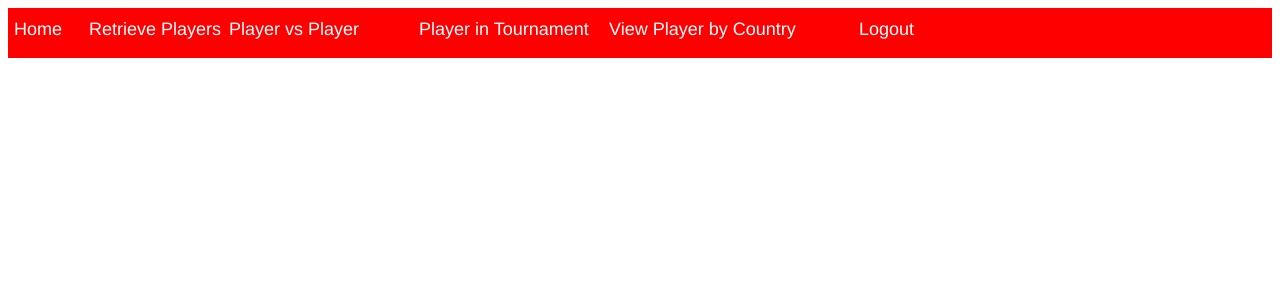
Repository: prm2711/javaapps
Page: http://localhost/Tournament/front-user.jsp
An editor plug-in stored every save of this project. The page is shown before and after the next save, followed by the edit.
The browser window is 1280 px wide. The pictures show the whole page.
The page is served by Tomcat 9. The session is filled in as if someone had signed in: {"name": "admin", "username": "admin"}.

Above is the page before, as saved 2018-01-29 10:07:09.

After the next save:
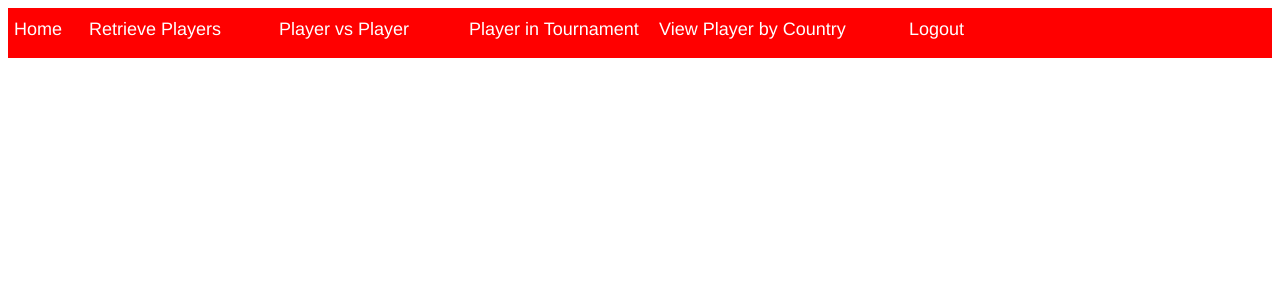
Saved 4 min 25 s later.
--- a/eclipse-workspace/Tournament/WebContent/front-user.jsp
+++ b/eclipse-workspace/Tournament/WebContent/front-user.jsp
@@ -21,7 +21,7 @@
 		<input class="button-add" type="submit" name="link" value="Home">
 	</form><%} %></li>
 
-  <li class="retrieve"><form method="post" action="RetrievePlayerServlet" class="form-button">
+  <li class="twoplayers"><form method="post" action="RetrievePlayerServlet" class="form-button">
 		<input class="button-add" type="submit" value="Retrieve Players">
 	</form></li>
 	<li class="twoplayers"><form method="post" action="ListServlet" class="form-button-match">
